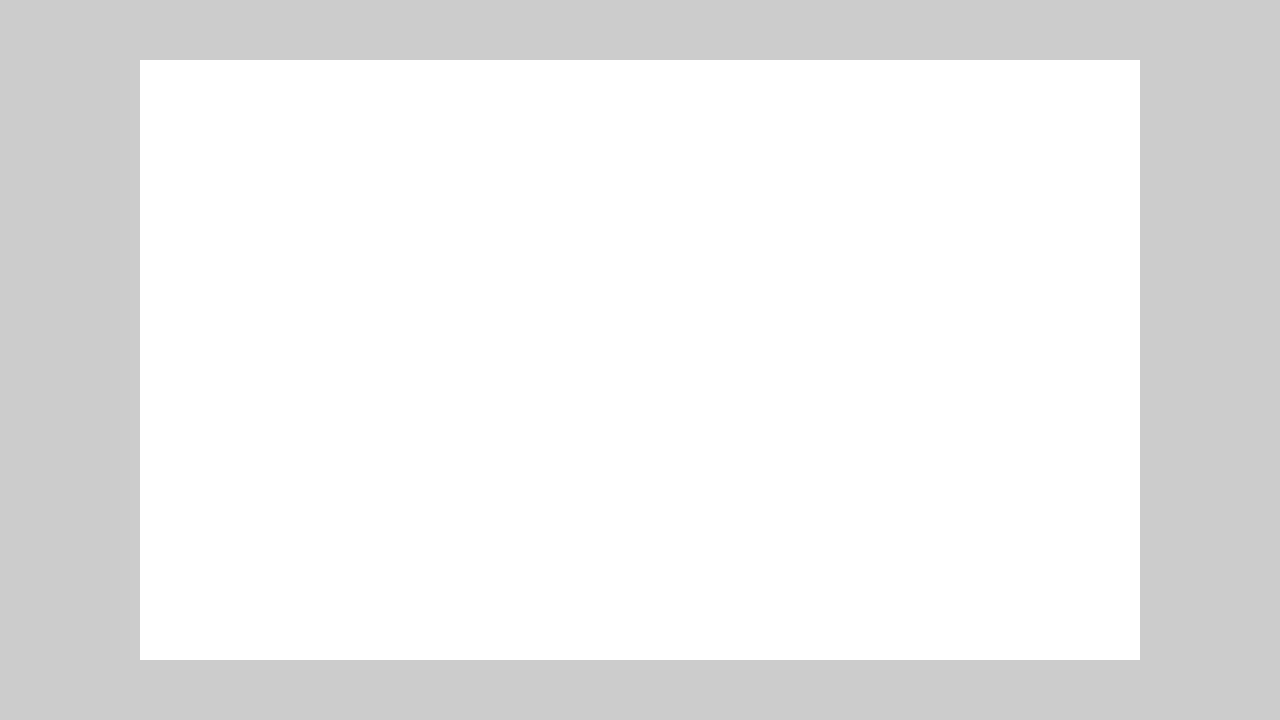
Repository: doducthuan/ReactJS-Movie
Page: /
These files come from the project's save history. The page is drawn as it stood at one moment and after the next save; the edit follows.
The browser window is 1280 px wide. The pictures show the whole page.
The project was rebuilt for these pictures with package versions that can differ from the ones it lists, and the page was loaded fresh each time. Also part of the build but not shown: src/App.css.

Above is the page before, as saved 2024-01-13 05:36:38.

After the next save:
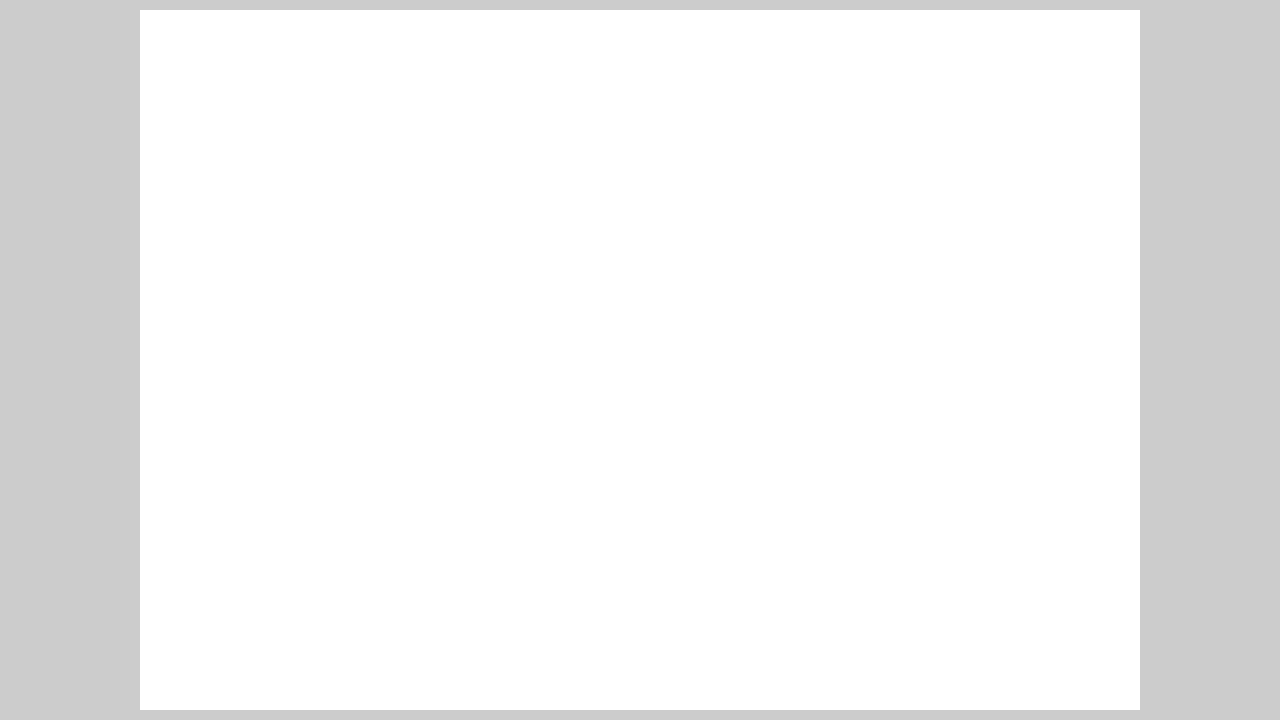
Saved 24 s later.
--- a/src/components/students/styles.css
+++ b/src/components/students/styles.css
@@ -7,6 +7,6 @@
 }
 .border-data{
     width: 1000px;
-    height: 600px;
+    height: 700px;
     background-color: #fff;
 }
